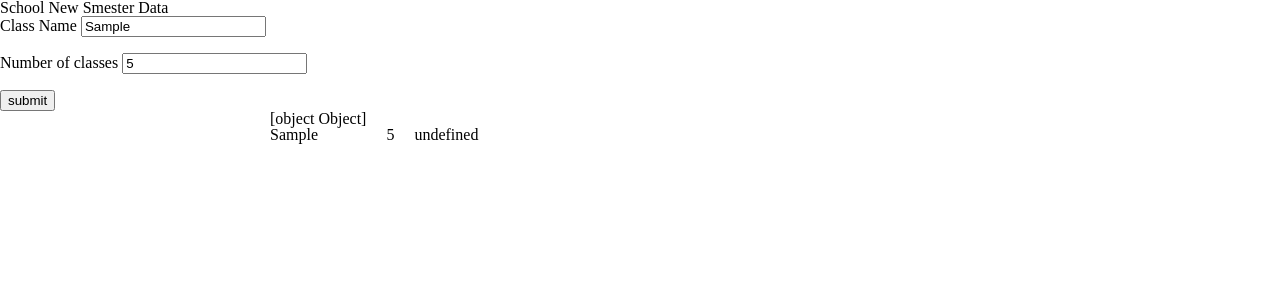
Repository: Razan-am/exam-practice
Page: index.html
An editor plug-in stored every save of this project. The page is shown before and after the next save, followed by the edit.
The browser window is 1280 px wide. The pictures show the whole page.
Empty fields were first filled with sample values (such as "Sample", 5 or name@example.com).
After loading, the first visible `#myForm` was submitted once.

Above is the page before, as saved 2021-05-30 23:55:33.

### index.html
<!DOCTYPE html>
<html lang="en">
<head>
    <meta charset="UTF-8">
    <meta http-equiv="X-UA-Compatible" content="IE=edge">
    <meta name="viewport" content="width=device-width, initial-scale=1.0">
    <title>Document</title>
    <link rel="stylesheet" href="css/reset.css">
    <link rel="stylesheet" href="css/style.css">
</head>
<body>
    <header>
        <h1>School New Smester Data</h1>
    </header>
    <main>
        <form action="" id="myForm">
            <fieldset>
                <label for="className">Class Name</label>
                <input type="text" id="className" name="className" placeholder="9th">
                <br/><br/>
                <label for="classNumber">
                    Number of classes
                </label>
                <input type="number" id="classNamber" name="classNumber">
                <br/><br/>
                <input type="submit" value="submit">
            </fieldset>
        </form>
        <div >
            <table id="table"></table>
        </div>
    </main>
    <footer></footer>
    <script src="js/app.js"></script>
</body>
</html>

### css/style.css
table {
    margin-left: 250px;
}
th{
    padding-left: 20px;
}
td{
    padding-left: 20px;
}

### js/app.js
'use strict';

let myForm = document.getElementById('myForm');
let myTable = document.getElementById('table');

let headerData = ['class', 'number of classes', 'number of students for each class']

let mainArr = [];
function Myform(className, numberOfClasses) {
    this.className = className;
    this.numberOfClasses = numberOfClasses;
    this.randomNumber = 0;
    mainArr.push(this);
    setting();
}
console.log(mainArr);

function random(min, max) {
    mainArr.randomNumber = Math.floor(Math.random() * (max - min + 1)) + min;
}


myForm.addEventListener('submit', handleSubmit);

function handleSubmit(event) {
    event.preventDefault();
    let className = event.target.className.value;
    let classNumber = event.target.classNumber.value;
    new Myform(className, classNumber);
    render();
}

function render() {
    // myTable.textContent='';

    let headerEl = document.createElement('tr');
    myTable.appendChild(headerEl);
    let tBody = document.createElement('tr');
    myTable.appendChild(tBody);
    for (let index = 0; index < mainArr.length; index++) {
        let thEl = document.createElement('th');
        headerEl.appendChild(thEl);
        thEl.textContent = `${mainArr[index]}`

        let td1 = document.createElement('td');
        tBody.appendChild(td1);
        td1.textContent = `${mainArr[index].className}`;

        let td2 = document.createElement('td');
        tBody.appendChild(td2);
        td2.textContent = `${mainArr[index].numberOfClasses}`;

        let td3 = document.createElement('td');
        tBody.appendChild(td3);
        td3.textContent = `${mainArr.randomNumber}`;
    }

}


function setting() {
    let data = JSON.stringify(mainArr);
    localStorage.setItem('name' , data);
}

function getting() {
    let stringObj = localStorage.getItem('name')
    let normalObj = JSON.parse(stringObj);
    if(normalObj !== null){
        mainArr = normalObj;
    }
    render();
}
getting();

Loaded but not shown: css/reset.css (common file)

After the next save:
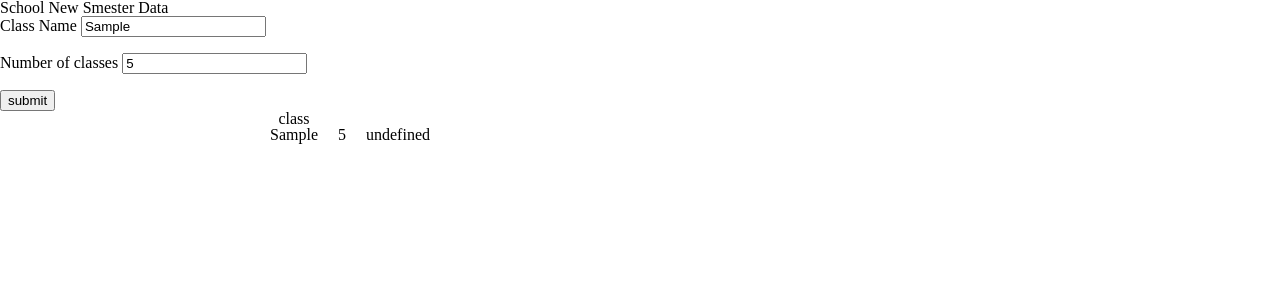
Saved 14 s later.
--- a/js/app.js
+++ b/js/app.js
@@ -40,7 +40,7 @@ function render() {
     for (let index = 0; index < mainArr.length; index++) {
         let thEl = document.createElement('th');
         headerEl.appendChild(thEl);
-        thEl.textContent = `${mainArr[index]}`
+        thEl.textContent = `${headerData[index]}`
 
         let td1 = document.createElement('td');
         tBody.appendChild(td1);
